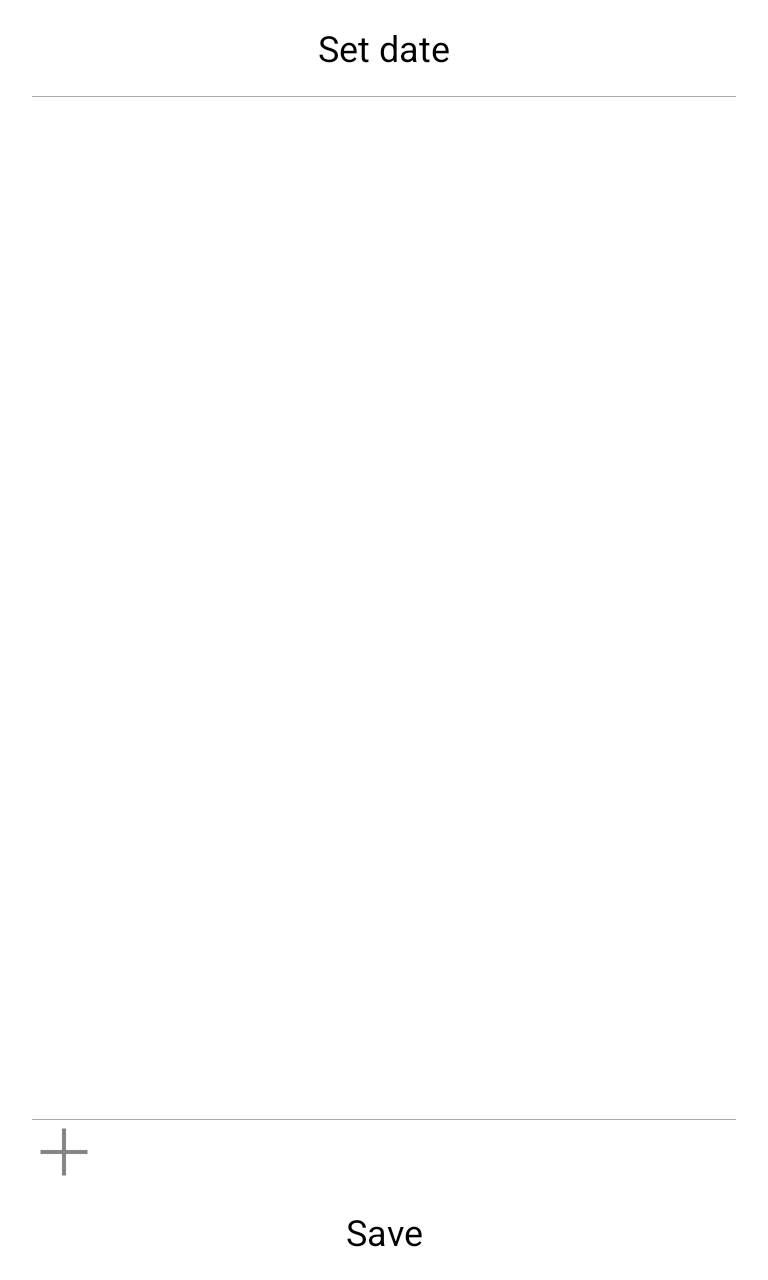
Repository: larserikstrand/IMT4904-Master
Layout: MTP/res/layout/activity_list.xml
These files come from the project's save history. The layout is drawn as it stood at one moment and after the next save; the edit follows.
It is drawn on a 768 x 1280 px phone screen (xhdpi) without system bars, with theme android:Theme.Holo.Light; the app's code is not run. Lists and similar views that code fills are empty.

Above is the layout before, as saved 2014-02-13 14:47:41.

### MTP/res/layout/activity_list.xml
<LinearLayout xmlns:android="http://schemas.android.com/apk/res/android"
    xmlns:tools="http://schemas.android.com/tools"
    android:layout_width="match_parent"
    android:layout_height="match_parent"
    android:paddingLeft="@dimen/activity_horizontal_margin"
    android:paddingRight="@dimen/activity_horizontal_margin"
    android:orientation="vertical"
    tools:context=".ListActivity" >

    <Button android:id="@+id/date_button"
        android:layout_width="match_parent"
        android:layout_height="wrap_content"
        android:background="?android:attr/selectableItemBackground"
        android:text="@string/set_date" />

    <View android:layout_width="match_parent"
        android:layout_height="0.2dp"
        android:background="@android:color/darker_gray" />

    <ListView android:id="@+id/tasklist_list"
        android:layout_width="match_parent"
        android:layout_height="0dp"
        android:layout_weight="1" >

    </ListView>

    <View android:layout_width="match_parent"
        android:layout_height="0.2dp"
        android:background="@android:color/darker_gray" />

    <LinearLayout android:layout_width="match_parent"
        android:layout_height="wrap_content"
        android:orientation="horizontal" >

        <ImageButton android:id="@+id/new_task_button"
        android:layout_width="wrap_content"
        android:layout_height="wrap_content"
        android:gravity="center"
        android:background="?android:attr/selectableItemBackground"
        android:src="@drawable/ic_content_new"
        android:contentDescription="@string/new_task" />

    </LinearLayout>

    <Button android:id="@+id/save_button"
        android:layout_width="match_parent"
        android:layout_height="wrap_content"
        android:background="?android:attr/selectableItemBackground"
        android:text="@string/save" />

</LinearLayout>

### MTP/res/values/strings.xml
<?xml version="1.0" encoding="utf-8"?>
<resources>

    <!-- Titles -->
    <string name="app_name">MTP</string>
    <string name="title_activity_list">ListActivity</string>
    <string name="title_activity_new_task">New Task</string>
    <string name="title_activity_map">Map</string>

    <!-- Menu -->
    <string name="action_settings">Settings</string>
    <string name="action_about">About</string>

    <!-- General -->
    <string name="today">Today</string>
    <string name="week">Week</string>
    <string name="all_tasks">All Tasks</string>
    <string name="task">Task</string>
    <string name="new_task_list">New task list</string>
    <string name="new_task">New task</string>
    <string name="edit_list">Edit list</string>
    <string name="edit">Edit</string>
    <string name="delete">Delete</string>
    <string name="set_date">Set date</string>
    <string name="save">Save</string>
    <string name="done">Done</string>
    <string name="location">Location</string>
    <string name="location_hint">Enter location</string>
    <string name="pinpoint">or pinpoint location on map</string>
    <string name="task_description_hint">Task description</string>
    <string name="time">Time</string>
    <string name="fixed_time">Fixed time</string>
    <string name="from">From</string>
    <string name="to">To</string>
    <string name="divider">-</string>
    <string name="start">Start</string>
    <string name="pause">Pause</string>
    <string name="finished">Finished</string>

    <!-- Messages/Alerts -->
    <string name="set_location_message">You must choose a location for your task.</string>
    <string name="set_category_message">You must enter a task category.</string>
    <string name="set_time_message">This task has a fixed time. You must set the start and end time of the task.</string>
    <string name="save_message">Saving. Please wait&#8230;</string>

    <!-- Arrays -->
    <string-array name="undergraduate_tasks_array">
        <item>Attend lecture</item>
        <item>Write report</item>
        <item>Do course exercises</item>
        <item>Meeting</item>
        <item>Group work</item>
        <item>Other</item>
    </string-array>

    <string-array name="postgraduate_tasks_array">
        <item>Write thesis</item>
        <item>Meeting</item>
    </string-array>


    <!-- Colors -->
    <color name="lightgreen">#2200ff00</color>


</resources>

Loaded but not shown: MTP/res/values/dimens.xml (common file)

After the next save:
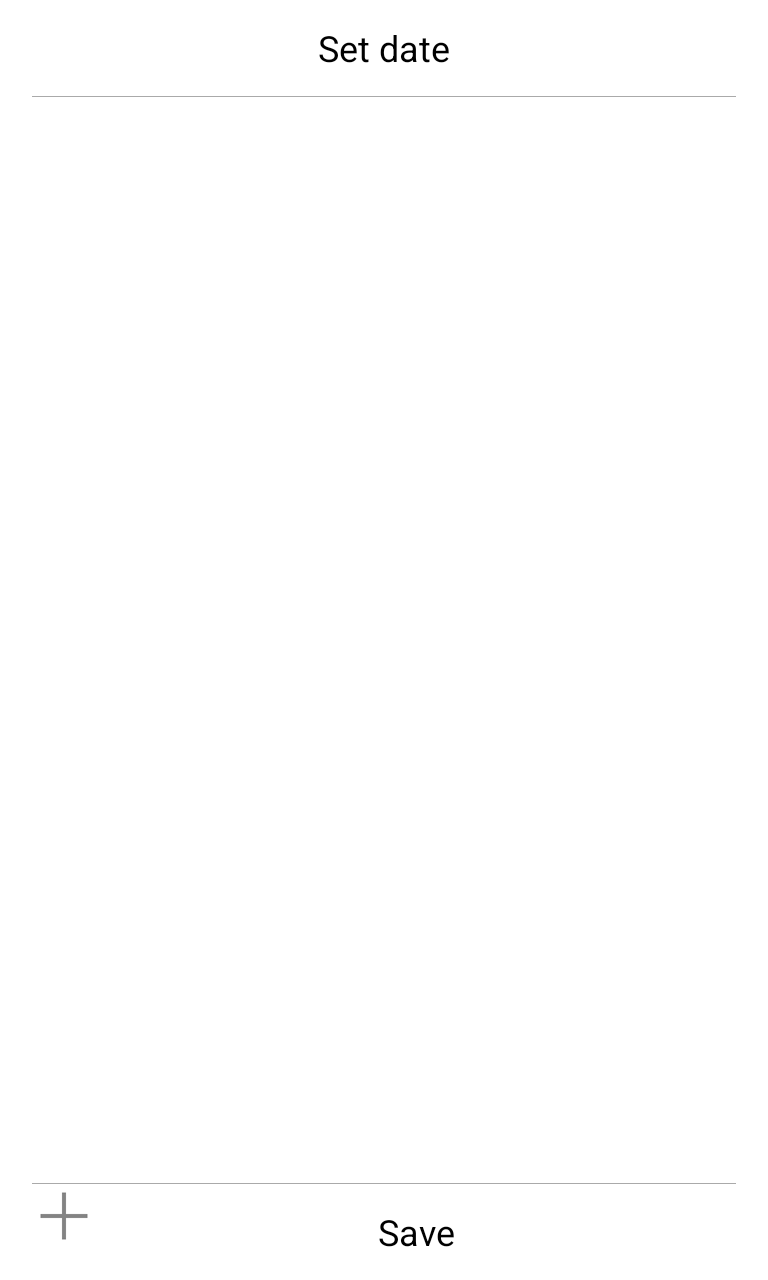
Saved 30 s later.
--- a/MTP/res/layout/activity_list.xml
+++ b/MTP/res/layout/activity_list.xml
@@ -33,19 +33,18 @@
         android:orientation="horizontal" >
 
         <ImageButton android:id="@+id/new_task_button"
-        android:layout_width="wrap_content"
-        android:layout_height="wrap_content"
-        android:gravity="center"
-        android:background="?android:attr/selectableItemBackground"
-        android:src="@drawable/ic_content_new"
-        android:contentDescription="@string/new_task" />
+        	android:layout_width="wrap_content"
+        	android:layout_height="wrap_content"
+        	android:background="?android:attr/selectableItemBackground"
+        	android:src="@drawable/ic_content_new"
+        	android:contentDescription="@string/new_task" />
 
-    </LinearLayout>
-
-    <Button android:id="@+id/save_button"
+        <Button android:id="@+id/save_button"
         android:layout_width="match_parent"
         android:layout_height="wrap_content"
         android:background="?android:attr/selectableItemBackground"
         android:text="@string/save" />
 
+    </LinearLayout>
+
 </LinearLayout>
